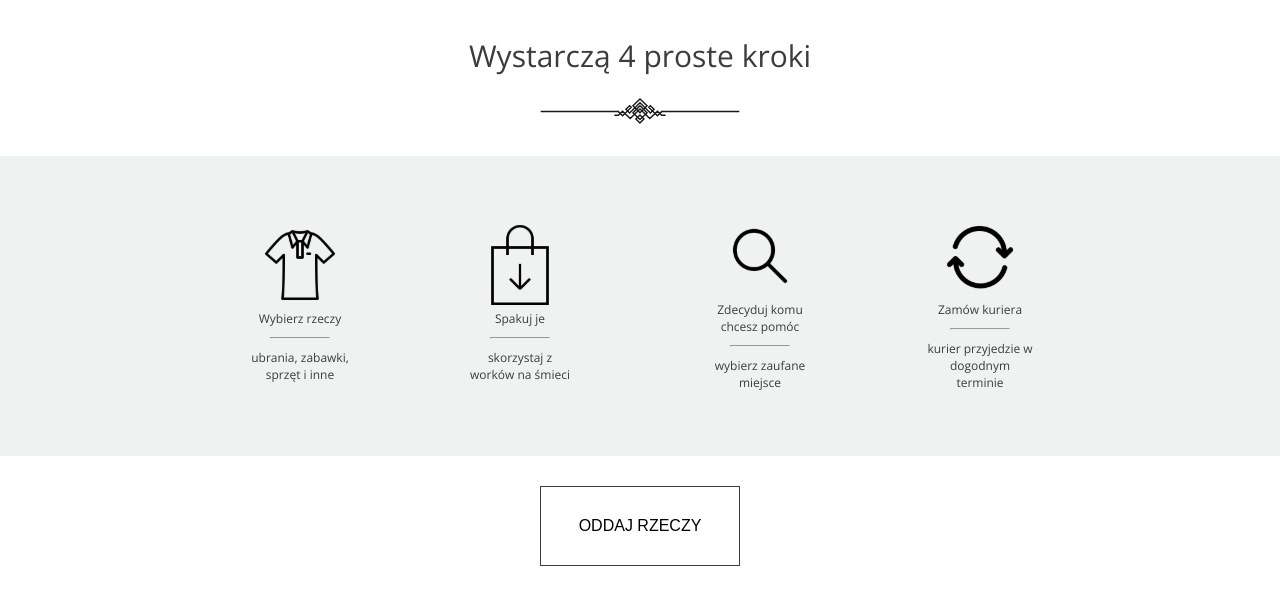
Repository: artwol993/Oddam_w_dobre_rece
Page: /
The author's editor kept a copy of each file at every save. The page is drawn from the files as they stood at one save, then again after a run of saves.
The browser window is 1280 px wide. The pictures show the part of the page from y = 1046 to 1683 px (the page is 1642 px tall before and 1683 px after).
The project was rebuilt for these pictures with package versions that can differ from the ones it lists, and the page was loaded fresh each time. Also part of the build but not shown: src/scss/components/Home.scss.

Above is the page before, as saved 2020-12-17 20:02:07.

After the next 4 saves:
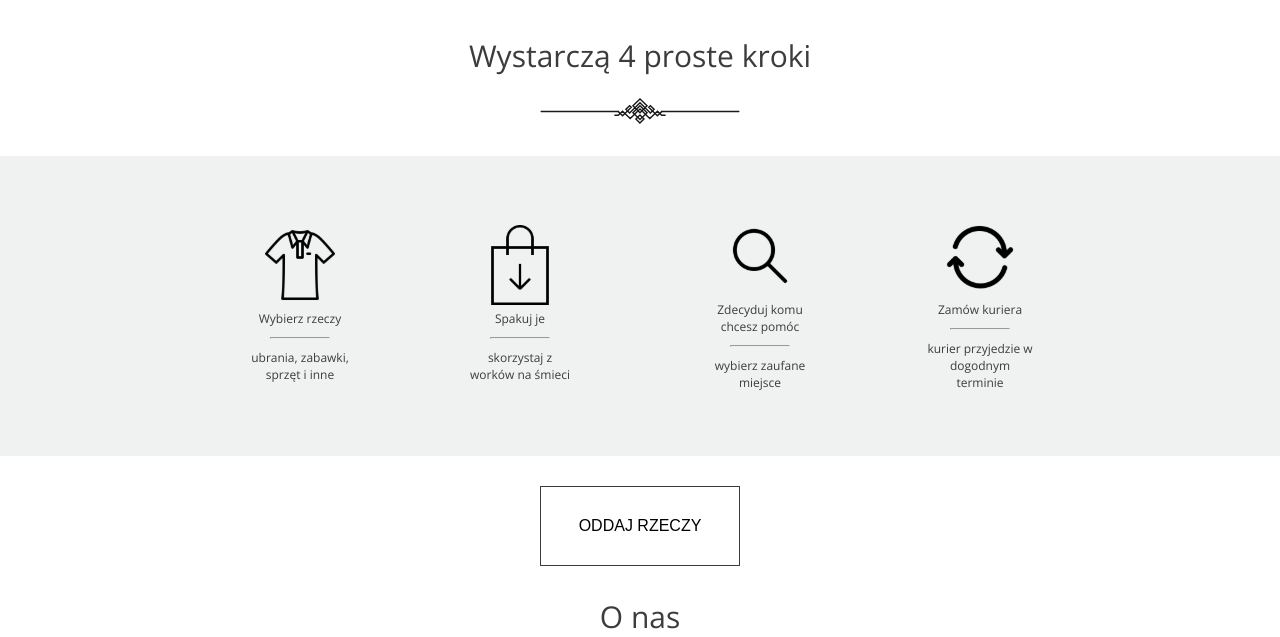
The 4 saves are shown as one change because 1 did not build or start and some came seconds apart.
The last was saved 51 s later.
--- a/src/components/pages/Home/AboutUs.js
+++ b/src/components/pages/Home/AboutUs.js
@@ -4,7 +4,10 @@ function AboutUs() {
     return (
         <>
             <div className="about-section">
-                <div className="about-box about-box1"></div>
+                <div className="about-box about-box1">
+<h2>O nas</h2>
+
+                </div>
                 <div className="about-box about-box2"></div>
             </div>
 
